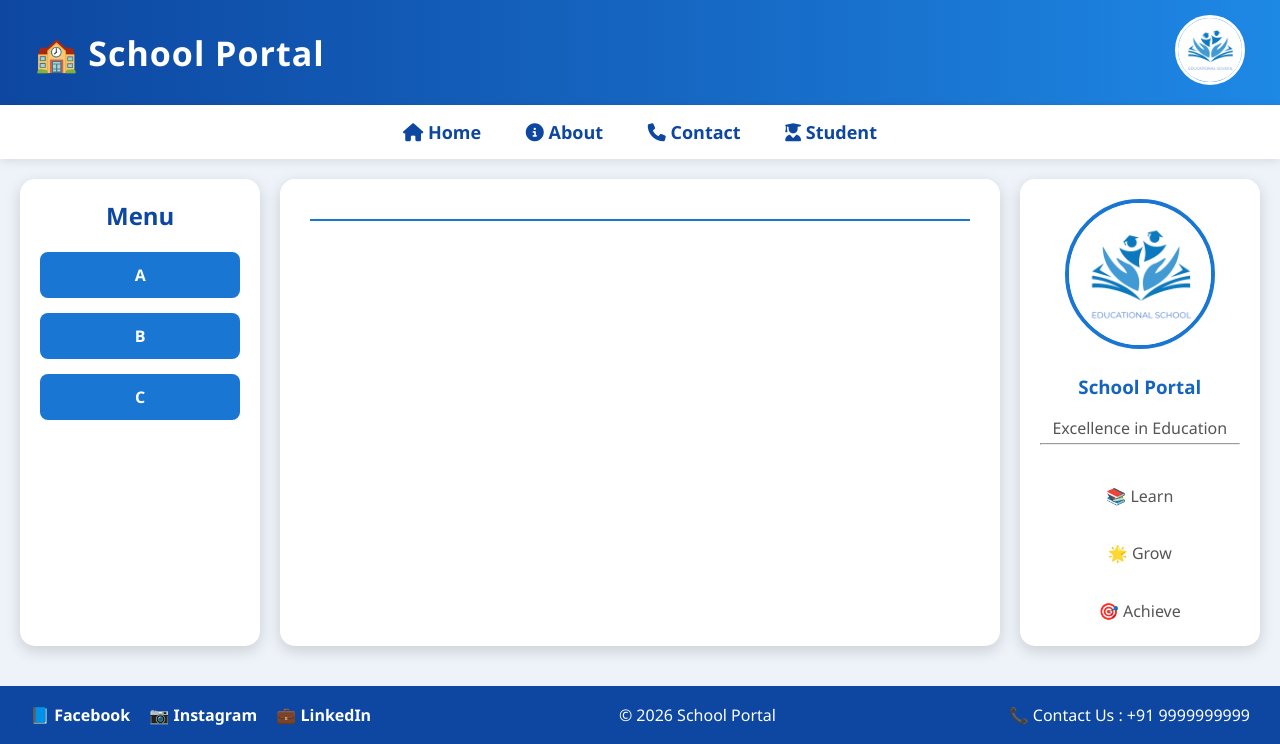
Repository: Jayasrikaranam162/SpringBoot-Summer-PEP
Page: http://localhost/dashboard
The author's editor kept a copy of each file at every save. The page is drawn from the files as they stood at one save, then again after the next save.
The browser window is 1280 px wide. The pictures show the whole page.
The page is this project's Thymeleaf template; nobody is signed in. The template is opened directly, without the code that normally fills it, so the values that code supplies are empty.

Above is the page before, as saved 2026-07-01 16:28:22.

After the next save:
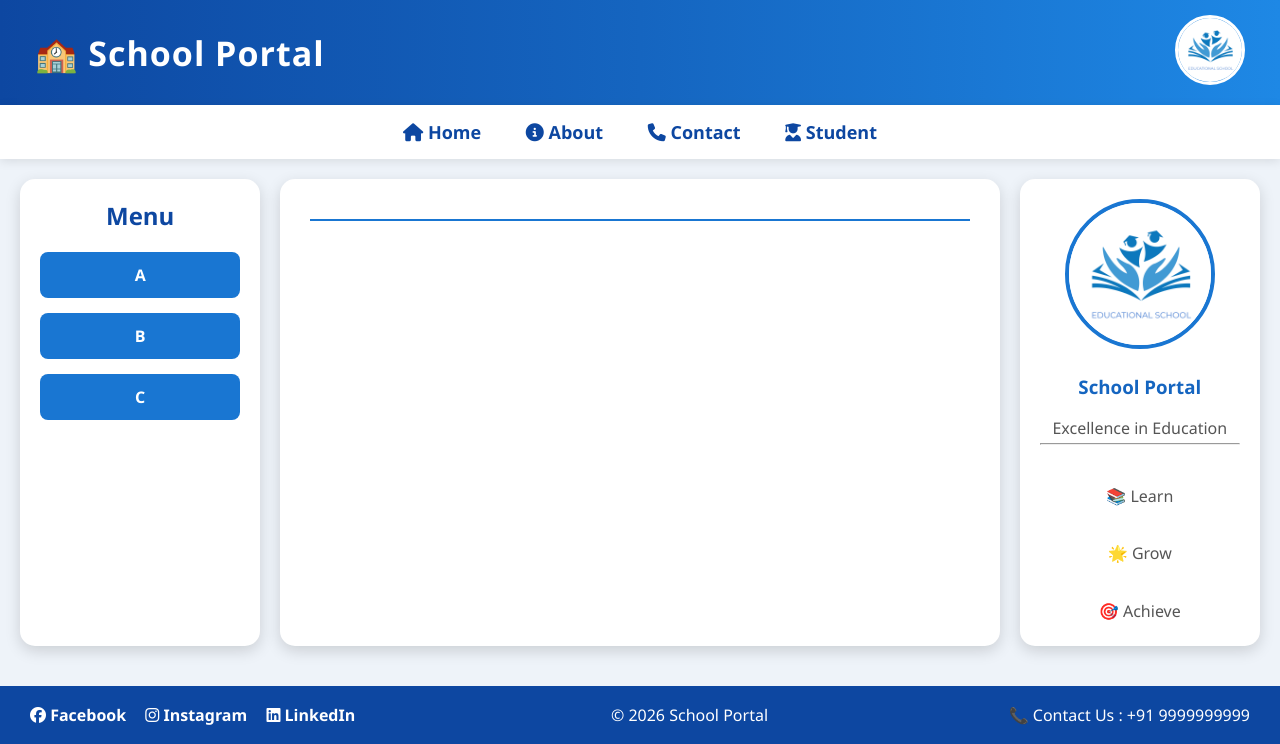
Saved 44 s later.
--- a/Day-6/SchoolDashboard/src/main/resources/templates/dashboard.html
+++ b/Day-6/SchoolDashboard/src/main/resources/templates/dashboard.html
@@ -395,30 +395,30 @@ body{
 
 <div class="footer">
 
+	<div>
+
+	    <a href="https://www.facebook.com" target="_blank">
+	        <i class="fab fa-facebook"></i> Facebook
+	    </a>
+
+	    <a href="https://www.instagram.com" target="_blank">
+	        <i class="fab fa-instagram"></i> Instagram
+	    </a>
+
+	    <a href="https://www.linkedin.com" target="_blank">
+	        <i class="fab fa-linkedin"></i> LinkedIn
+	    </a>
+
+	</div>
+
     <div>
 
-        <a href="https://www.facebook.com" target="_blank">
-            📘 Facebook
-        </a>
-
-        <a href="https://www.instagram.com" target="_blank">
-            📷 Instagram
-        </a>
-
-        <a href="https://www.linkedin.com" target="_blank">
-            💼 LinkedIn
-        </a>
+        © 2026 School Portal
 
     </div>
 
     <div>
 
-        © 2026 School Portal
-
-    </div>
-
-    <div>
-
         📞 Contact Us : +91 9999999999
 
     </div>
